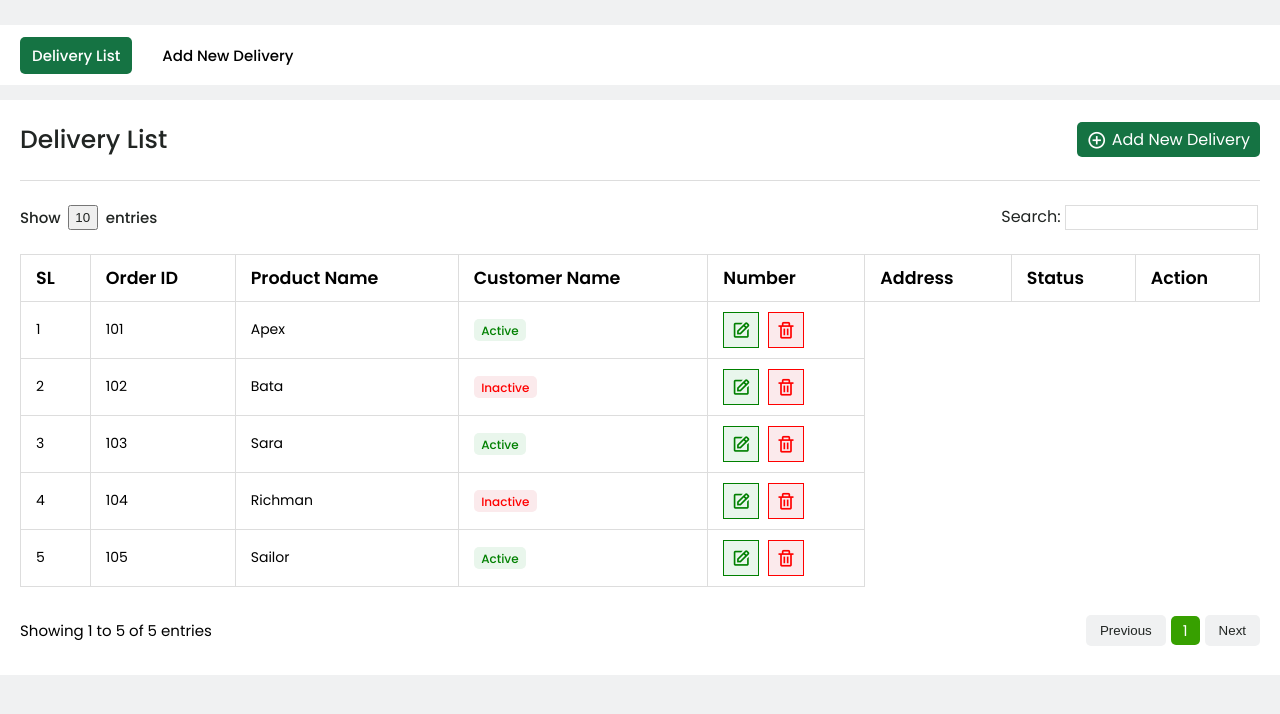
Repository: codebyaddro/delivery-page
Page: delivery.html
These files come from the project's save history. The page is drawn as it stood at one moment and after a run of saves; the edit follows.
The browser window is 1280 px wide. The pictures show the whole page.

Above is the page before, as saved 2025-02-27 13:52:36.

After the next 4 saves:
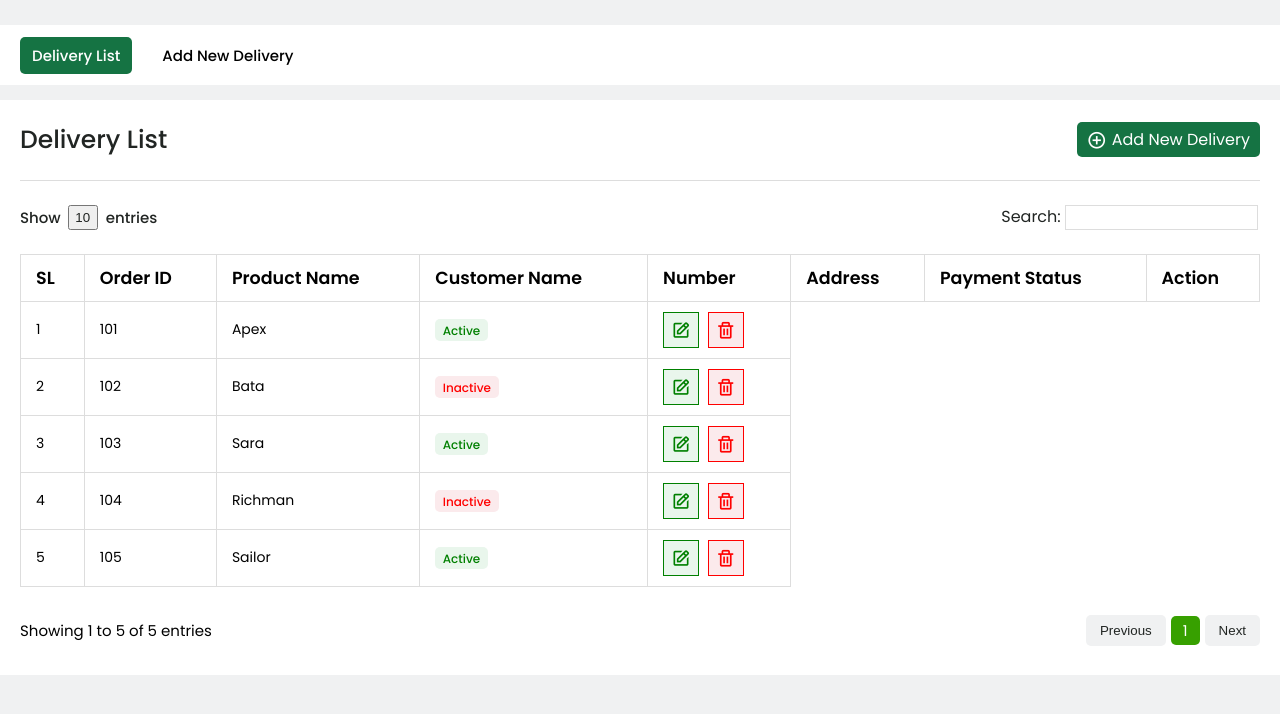
The 4 saves are shown as one change because they came seconds apart.
The last was saved 40 s later.
--- a/delivery.html
+++ b/delivery.html
@@ -50,7 +50,7 @@
                             <th title="Code">Customer Name</th>
                             <th title="Category Name">Number</th>
                             <th title="Category Name">Address</th>
-                            <th title="Status">Status</th>
+                            <th title="Status">Payment Status</th>
                             <th title="Action">Action</th>
                         </tr>
                     </thead>
